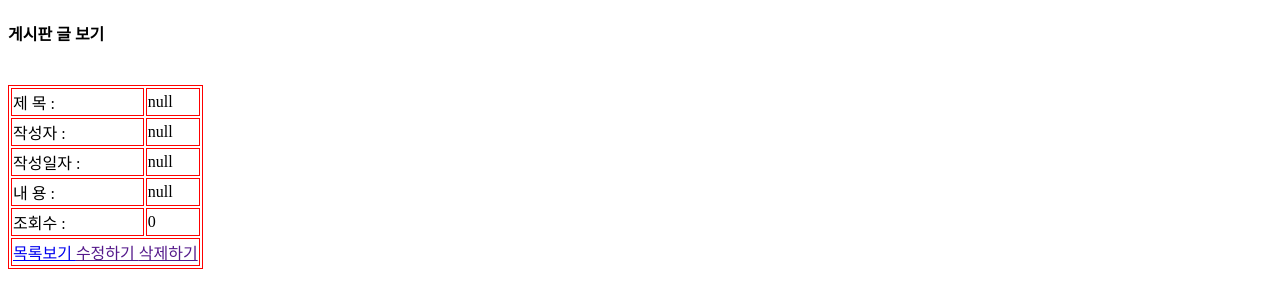
Repository: gotohellll/home_web
Page: http://localhost/JspBasic/04_board_ex_class/BoardView.jsp
These files come from the project's save history. The page is drawn as it stood at one moment and after the next save; the edit follows.
The browser window is 1280 px wide. The pictures show the whole page.
The page is served by Tomcat 9. Other server files are loaded and not shown. Queries for data that is not in the repository find no rows.

Above is the page before, as saved 2025-04-22 12:26:32.

### JspBasic/src/main/webapp/04_board_ex_class/BoardView.jsp
<%@ page language="java" contentType="text/html; charset=utf-8"
    pageEncoding="utf-8"%>
<%@ page import="board_ex.service.*, board_ex.model.*" %>
<%
	// 게시글번호 넘겨받아
	String seq = request.getParameter("seq");
	// 서비스의 함수를 호출하여 해당 BoardVO를 넘겨받는다.
	ViewArticleService service = ViewArticleService.getInstance();
	BoardVO vo = service.getArticleById(seq);

%>
<!DOCTYPE html>
<html>
<head>
<meta http-equiv="Content-Type" content="text/html; charset=utf-8">
<title> 게시글 보기 </title>
</head>
<body>

	<h4> 게시판 글 보기 </h4><br/>
	<table border="1" bordercolor="red">
	<tr>
		<td> 제  목 : </td>
		<td><%= vo.getTitle() %></td>
	</tr>
	<tr>
		<td> 작성자 : </td>
		<td><%= vo.getWriter() %></td>
	</tr>
	<tr>
		<td> 작성일자 : </td>
		<td><%= vo.getRegdate() %></td>
	</tr>
	<tr>
		<td> 내  용 : </td>
		<td><%= vo.getContent() %></td>
	</tr>
	<tr>
		<td> 조회수 : </td>
		<td><%= vo.getCnt() %></td>
	</tr>
	<tr>
		<td colspan="2">
			<a href="BoardList.jsp"> 목록보기 </a>
			<a href=""> 수정하기 </a>
			<a href=""> 삭제하기 </a>
		</td>
	</tr>
	</table>


</body>
</html>

### JspBasic/src/main/java/board_ex/service/ViewArticleService.java
package board_ex.service;

import java.util.List;

import board_ex.model.*;


public class ViewArticleService {
	private static ViewArticleService instance;
	private ViewArticleService(){}
	public static ViewArticleService getInstance()  throws BoardException{
		if( instance == null )
		{
			instance = new ViewArticleService();
		}
		return instance;
	}

	public BoardVO getArticleById(String id) throws BoardException
	{
		int article_id = 0;
		if( id != null ) article_id = Integer.parseInt(id);
		BoardDao dao = BoardDao.getInstance();
		BoardVO rec = dao.selectById(article_id);
		dao.increaseReadCount(article_id);
		return rec;
	}

}

### JspBasic/src/main/java/board_ex/model/BoardDao.java
package board_ex.model;



import java.sql.*;
import java.util.ArrayList;
import java.util.Collections;
import java.util.List;

public class BoardDao
{

	// Single Pattern
	private static BoardDao instance;

	// DB 연결시  관한 변수
	// [ 오라클 ]
	private static final String 	dbDriver	=	"oracle.jdbc.driver.OracleDriver";
	private static final String		dbUrl		=	"jdbc:oracle:thin:@127.0.0.1:1521:xe";
	private static final String		dbUser		=	"scott";
	private static final String		dbPass		=	"tiger";

	// [ MySQL / MariaDB ]
//	private static final String 	dbDriver	=	"com.mysql.cj.jdbc.Driver";
//	private static final String		dbUrl		=	"jdbc:mysql://127.0.0.1:3306/basic";
//	private static final String		dbUser		=	"scott";
//	private static final String		dbPass		=	"tiger";
//

	private Connection	 		con;

	//--------------------------------------------
	//#####	 객체 생성하는 메소드
	public static BoardDao	getInstance() throws BoardException
	{
		if( instance == null )
		{
			instance = new BoardDao();
		}
		return instance;
	}

	private BoardDao() throws BoardException
	{

		try{

			/********************************************
			1. 오라클 드라이버를 로딩
				( DBCP 연결하면 삭제할 부분 )
		*/
			Class.forName( dbDriver );
		}catch( Exception ex ){
			throw new BoardException("DB 연결시 오류  : " + ex.toString() );
		}

	}

	/************************************************
	 * 함수명 : insert
	 * 역할 :	게시판에 글을 입력시 DB에 저장하는 메소드
	 * 인자 :	BoardVO
	 * 리턴값 : 입력한 행수를 받아서 리턴
	*/
	public int insert( BoardVO rec ) throws BoardException
	{

		ResultSet rs = null;
		Statement stmt	= null;
		PreparedStatement ps = null;
		try{

			con	= DriverManager.getConnection( dbUrl, dbUser, dbPass );

			//* sql 문장 만들기
			//	작성자,제목,글내용,비밀번호는 입력값으로 날짜는 오늘날짜, 조회수는 0으로 기본값으로 입력
			String putQuery		= "INSERT "
					+ " INTO board_ex(seq, title, writer, content, regdate, cnt, pass) "
					+ " VALUES (board_seq.nextval, ?, ? ,? ,sysdate, ?, ?)";

			ps		= con.prepareStatement( putQuery );
			//* sql 문장의 ? 지정하기
			ps.setString(1, rec.getTitle	());
			ps.setString(2, rec.getWriter	());
			ps.setString(3, rec.getContent	());
			ps.setInt	(4, rec.getCnt		());
			ps.setString(5, rec.getPass		());
			int insertedCount = ps.executeUpdate();

			return insertedCount;

		}catch( Exception ex ){
			throw new BoardException("게시판 ) DB에 입력시 오류  : " + ex.toString() );
		} finally{
			if( rs   != null ) { try{ rs.close();  } catch(SQLException ex){} }
			if( stmt != null ) { try{ stmt.close(); } catch(SQLException ex){} }
			if( ps   != null ) { try{ ps.close();  } catch(SQLException ex){} }
			if( con  != null ) { try{ con.close(); } catch(SQLException ex){} }
		}

	}


	/************************************************
	 * 함수명 : selectList
	 * 역할 :	전체 레코드를 검색하는 함수
	 * 인자 :	없음
	 * 리턴값 : 테이블의 한 레코드를 BoardVO 지정하고 그것을 ArrayList에 추가한 값
	*/

	public List<BoardVO> selectList() throws BoardException
	{
		PreparedStatement ps = null; //DB에 쿼리를 전달할 객체를 선언
		ResultSet rs = null; //sql쿼리 실행결과를 담을 객체
		List<BoardVO> mList = new ArrayList<BoardVO>(); //최종적으로 반환할 게시글리스트
		boolean isEmpty = true; //결과가 비어있는지 확인하기 위한 플래그

		try{

			con	= DriverManager.getConnection( dbUrl, dbUser, dbPass );

			// * sql 문장만들기
			String sql = " SELECT seq, title, writer, regdate, cnt "
					+ " FROM board_ex ";
			//		( 글번호, 제목, 작성자, 조회수, 작성일을 검색 )
			// * 전송객체 얻어오기
			ps = con.prepareStatement(sql);
			// * 전송하기
			rs = ps.executeQuery();
			// * 결과 받아 List<BoardVO> 변수 mList에 지정하기
			while (rs.next()) { //rs.next()는 결과 집합의 다음 레코드로 이동, 각 레코드는 seq, title등의 값을 담고있음
				BoardVO vo = new BoardVO(); //결과 레코드 하나당 BoardVO객체 하나생성
				//루프 밖에서 vo를 한번만 만들면 모든 레코드가 같은 vo에 덮어쓰기되어 mList에 마지막 레코드 값만 가지게 됨
				vo.setSeq(rs.getInt("seq"));
				//DB에서 읽은 값을 객체에 담고있어 set을 사용
				//get은 이 값을 나중에 다른곳에서 읽을때 사용
				vo.setTitle(rs.getString("title"));
				vo.setWriter(rs.getString("writer"));
				vo.setRegdate(rs.getString("regdate"));
				vo.setCnt(rs.getInt("seq"));
				isEmpty = false;
				mList.add(vo);
			}

			if( isEmpty ) return Collections.emptyList();

			return mList;
		}catch( Exception ex ){
			throw new BoardException("게시판 ) DB에 목록 검색시 오류  : " + ex.toString() );
		} finally{
			if( rs   != null ) { try{ rs.close();  } catch(SQLException ex){} }
			if( ps   != null ) { try{ ps.close();  } catch(SQLException ex){} }
			if( con  != null ) { try{ con.close(); } catch(SQLException ex){} }
		}
	}

	//--------------------------------------------
	//#####	 게시글번호에 의한 레코드 검색하는 함수
	public BoardVO selectById(int seq) throws BoardException
	{
		PreparedStatement ps = null;
		ResultSet rs = null;

		BoardVO rec = new BoardVO();

		try{

			con	= DriverManager.getConnection( dbUrl, dbUser, dbPass );
			// * sql 문장만들기
			String sql = "SELECT title, writer, regdate, content, cnt "
					+ " FROM board_ex "
					+ " WHERE seq = ? ";
			// * 전송객체 얻어오기
			ps = con.prepareStatement(sql);

			ps.setInt(1, seq);
			// * 전송하기
			rs = ps.executeQuery();
			// * 결과 받아 BoardVO변수 rec에 지정하기
			if(rs.next()) {
				rec.setTitle(rs.getString("title"));
				rec.setWriter(rs.getString("writer"));
				rec.setRegdate(rs.getString("regdate"));
				rec.setContent(rs.getString("content"));
				rec.setCnt(rs.getInt("cnt"));
			}

			return rec;
		}catch( Exception ex ){
			throw new BoardException("게시판 ) DB에 글번호에 의한 레코드 검색시 오류  : " + ex.toString() );
		} finally{
			if( rs   != null ) { try{ rs.close();  } catch(SQLException ex){} }
			if( ps   != null ) { try{ ps.close();  } catch(SQLException ex){} }
			if( con  != null ) { try{ con.close(); } catch(SQLException ex){} }
		}
	}

	//--------------------------------------------
	//#####	 게시글 보여줄 때 조회수 1 증가
	public void increaseReadCount( int seq ) throws BoardException
	{

		PreparedStatement ps = null;
		try{

			con	= DriverManager.getConnection( dbUrl, dbUser, dbPass );
			// * sql 문장만들기
			// * 전송객체 얻어오기
			// * 전송하기

		}catch( Exception ex ){
			throw new BoardException("게시판 ) 게시글 볼 때 조회수 증가시 오류  : " + ex.toString() );
		} finally{
			if( ps   != null ) { try{ ps.close();  } catch(SQLException ex){} }
			if( con  != null ) { try{ con.close(); } catch(SQLException ex){} }
		}

	}
	//--------------------------------------------
	//#####	 게시글 수정할 때
	public int update( BoardVO rec ) throws BoardException
	{

		PreparedStatement ps = null;
		try{

			con	= DriverManager.getConnection( dbUrl, dbUser, dbPass );
			// * sql 문장만들기
			// * 전송객체 얻어오기

			return ps.executeUpdate();

		}catch( Exception ex ){
			throw new BoardException("게시판 ) 게시글 수정시 오류  : " + ex.toString() );
		} finally{
			if( ps   != null ) { try{ ps.close();  } catch(SQLException ex){} }
			if( con  != null ) { try{ con.close(); } catch(SQLException ex){} }
		}

	}


	//--------------------------------------------
	//#####	 게시글 삭제할 때
	public int delete( int seq, String pass ) throws BoardException
	{

		PreparedStatement ps = null;
		try{

			con	= DriverManager.getConnection( dbUrl, dbUser, dbPass );

			// * sql 문장만들기
			// * 전송객체 얻어오기

			return ps.executeUpdate();

		}catch( Exception ex ){
			throw new BoardException("게시판 ) 게시글 수정시 오류  : " + ex.toString() );
		} finally{
			if( ps   != null ) { try{ ps.close();  } catch(SQLException ex){} }
			if( con  != null ) { try{ con.close(); } catch(SQLException ex){} }
		}

	}


}

### JspBasic/src/main/java/board_ex/model/BoardException.java
package board_ex.model;

public class BoardException extends Exception
{
  public BoardException(){
  		super();
  	}

  public BoardException(String error){
  		super( error );
  	}

}

### JspBasic/src/main/java/board_ex/model/BoardVO.java
package board_ex.model;

public class BoardVO
{
	// member field
	private	int		seq;
	private	String	title;
	private	String	writer;
	private	String	content;
	private String 	regdate;
	private	int		cnt;
	private String 	pass;

	public int getSeq() {
		return seq;
	}
	public void setSeq(int seq) {
		this.seq = seq;
	}
	public String getTitle() {
		return title;
	}
	public void setTitle(String title) {
		this.title = title;
	}
	public String getWriter() {
		return writer;
	}
	public void setWriter(String writer) {
		this.writer = writer;
	}
	public String getContent() {
		return content;
	}
	public void setContent(String content) {
		this.content = content;
	}
	public String getRegdate() {
		return regdate;
	}
	public void setRegdate(String regdate) {
		this.regdate = regdate;
	}
	public int getCnt() {
		return cnt;
	}
	public void setCnt(int cnt) {
		this.cnt = cnt;
	}
	public String getPass() {
		return pass;
	}
	public void setPass(String pass) {
		this.pass = pass;
	}




}

/*
[ 참고 ]

@ regdate 가 실제 DB에서는 Date 형이지만, 날짜 값을 출력만 하기에
 Date 형이 아닌 String  형으로 받아도 된다.
 나중에 날짜값을 사용할 일이 있으면 Date 형으로 변경

*/

After the next save:
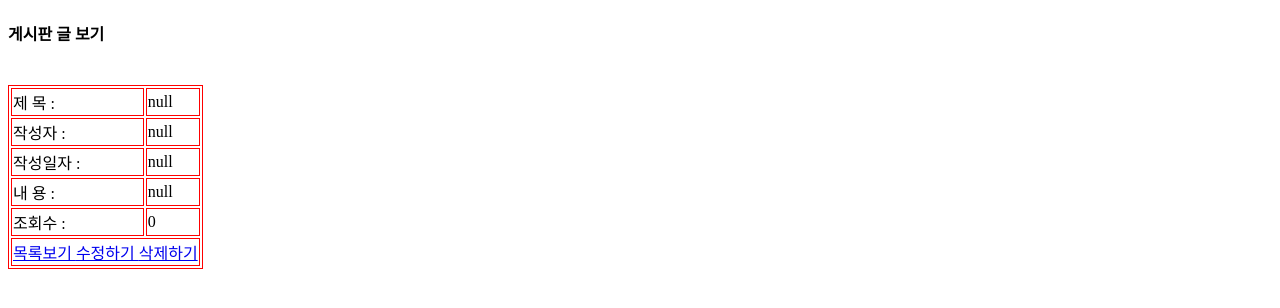
Saved 37 s later.
--- a/JspBasic/src/main/webapp/04_board_ex_class/BoardView.jsp
+++ b/JspBasic/src/main/webapp/04_board_ex_class/BoardView.jsp
@@ -42,8 +42,8 @@
 	<tr>
 		<td colspan="2">
 			<a href="BoardList.jsp"> 목록보기 </a>
-			<a href=""> 수정하기 </a>
-			<a href=""> 삭제하기 </a>
+			<a href="BoardModifyForm.jsp?seq=<%=seq%>"> 수정하기 </a>
+			<a href="BoardDeleteForm.jsp?seq=<%=seq%>"> 삭제하기 </a>
 		</td>
 	</tr>
 	</table>
